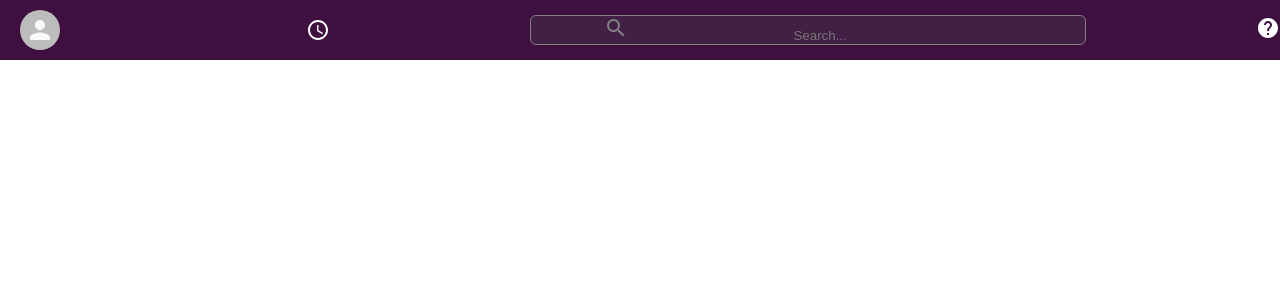
Repository: KrzysKolo/slackClone
Page: /
These files come from the project's save history. The page is drawn as it stood at one moment and after the next save; the edit follows.
The browser window is 1280 px wide. The pictures show the whole page.
The project was rebuilt for these pictures with package versions that can differ from the ones it lists, and the page was loaded fresh each time. Also part of the build but not shown: src/App.css.

Above is the page before, as saved 2021-12-22 17:55:56.

After the next save:
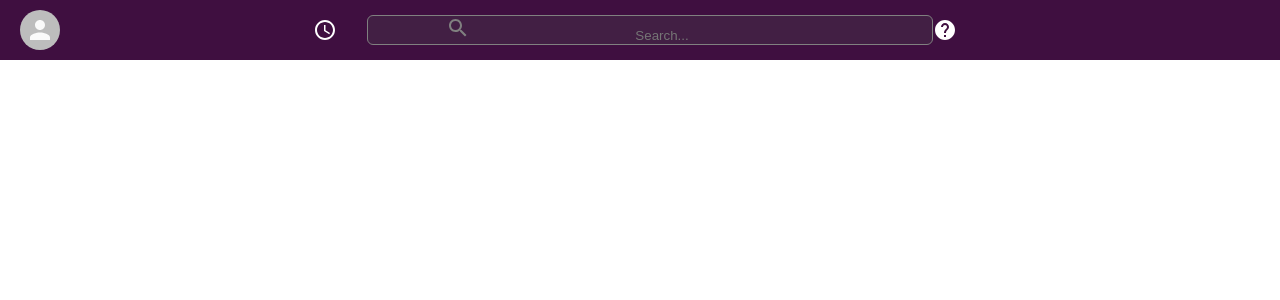
Saved 3 min 24 s later.
--- a/src/components/Header/style.js
+++ b/src/components/Header/style.js
@@ -50,5 +50,7 @@ export const HeaderSearch = styled.div`
   }
 `;
 export const HeaderRight = styled.div`
-
+  flex: 0.3;
+  display: flex;
+  align-items: flex-end;
 `;
